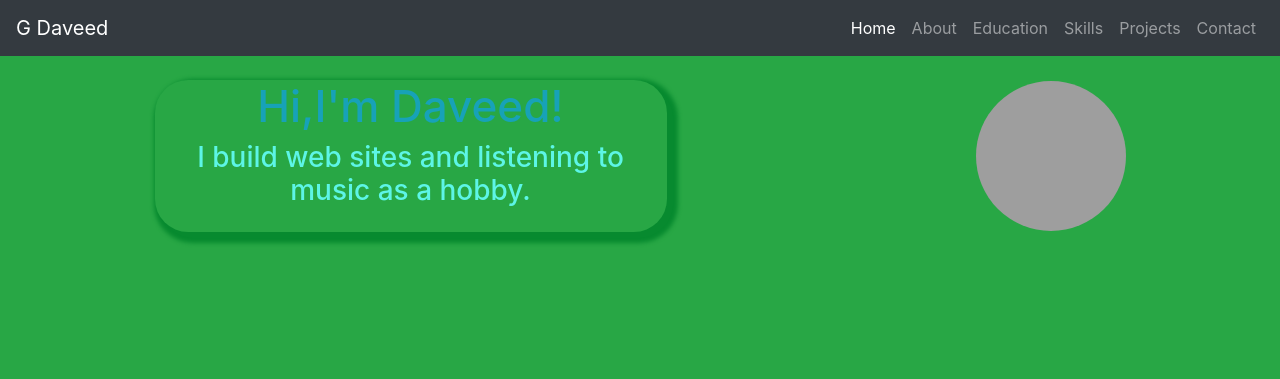
Repository: DaveedGangi/DaveedWebsite
Page: one.html
The author's editor kept a copy of each file at every save. The page is drawn from the files as they stood at one save, then again after the next save.
The browser window is 1280 px wide. The pictures show the whole page.
Pictures or frames that could not be fetched are drawn as grey boxes.

Above is the page before, as saved 2023-10-23 11:45:28.

After the next save:
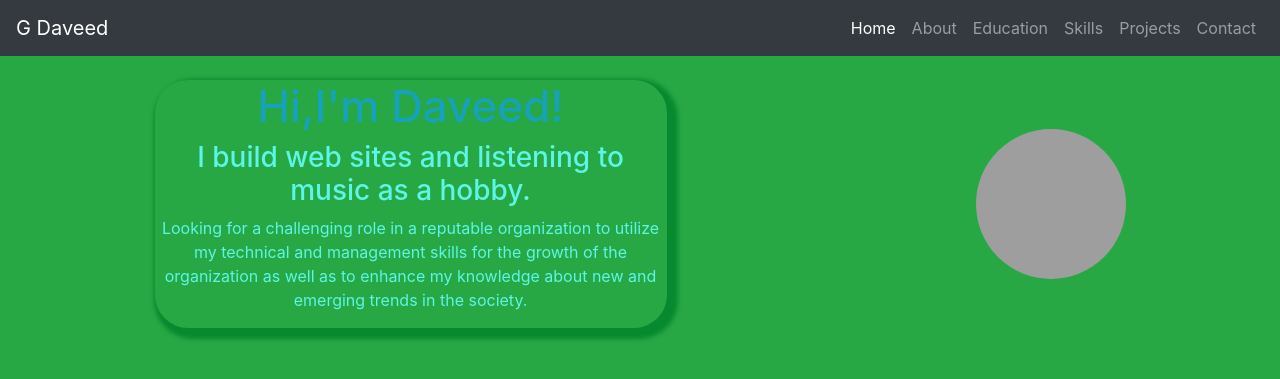
Saved 8 min 25 s later.
--- a/one.html
+++ b/one.html
@@ -36,7 +36,7 @@
         <h1 class="hi text-info">Hi,I'm Daveed!</h1>
         <h3 class="paragraph">I build web sites and listening to music as a hobby.</h3>
 
-        <p> </p>
+        <p>Looking for a challenging role in a reputable organization to utilize my technical and management  skills for the growth of the organization as well as to enhance my knowledge about new and emerging trends in  the society. </p>
 
       </div>
       <div>
